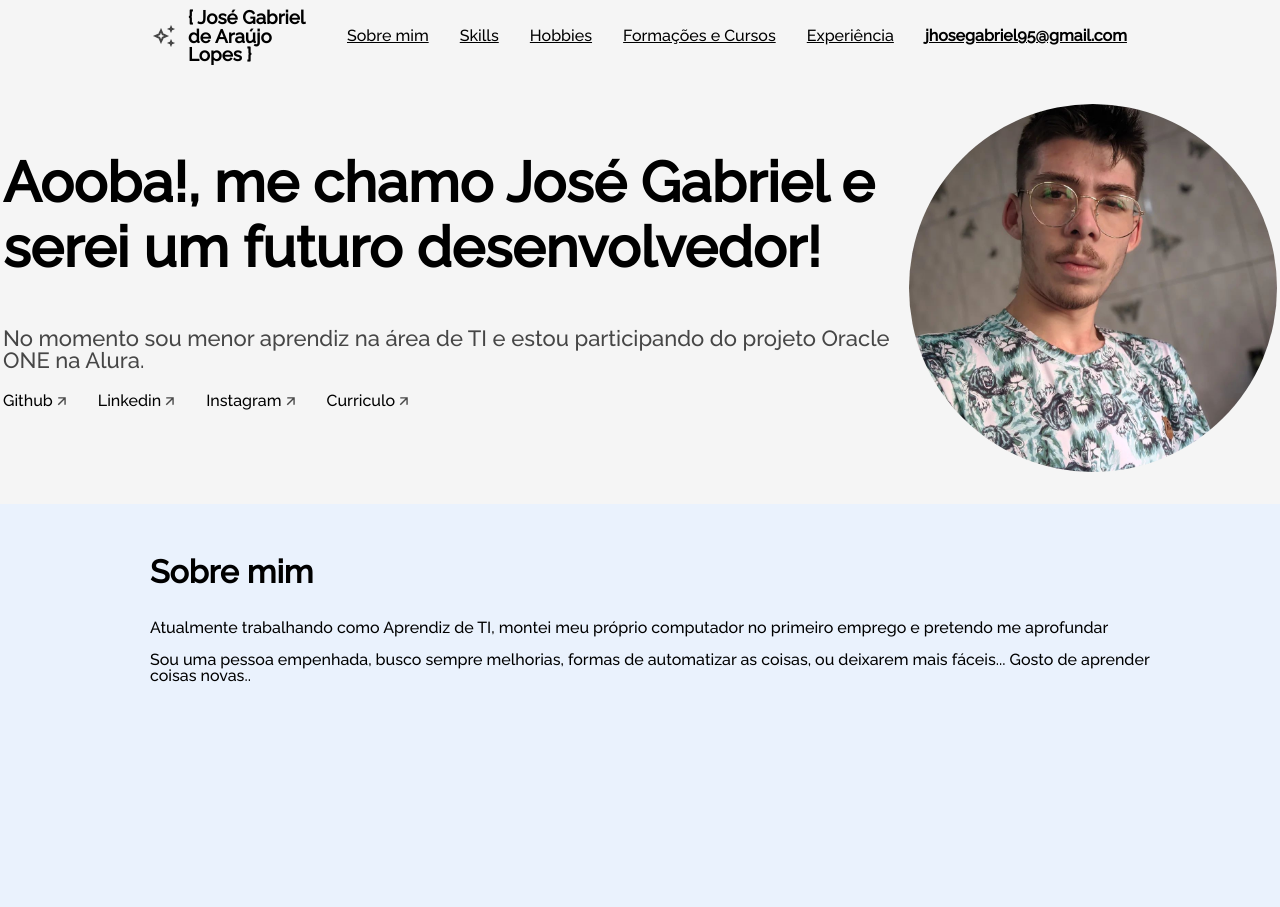
Repository: GabbLps/Portfolio
Page: index.html
These files come from the project's save history. The page is drawn as it stood at one moment and after the next save; the edit follows.
The browser window is 1280 px wide. The pictures show the whole page.

Above is the page before, as saved 2022-06-23 02:31:27.

After the next save:
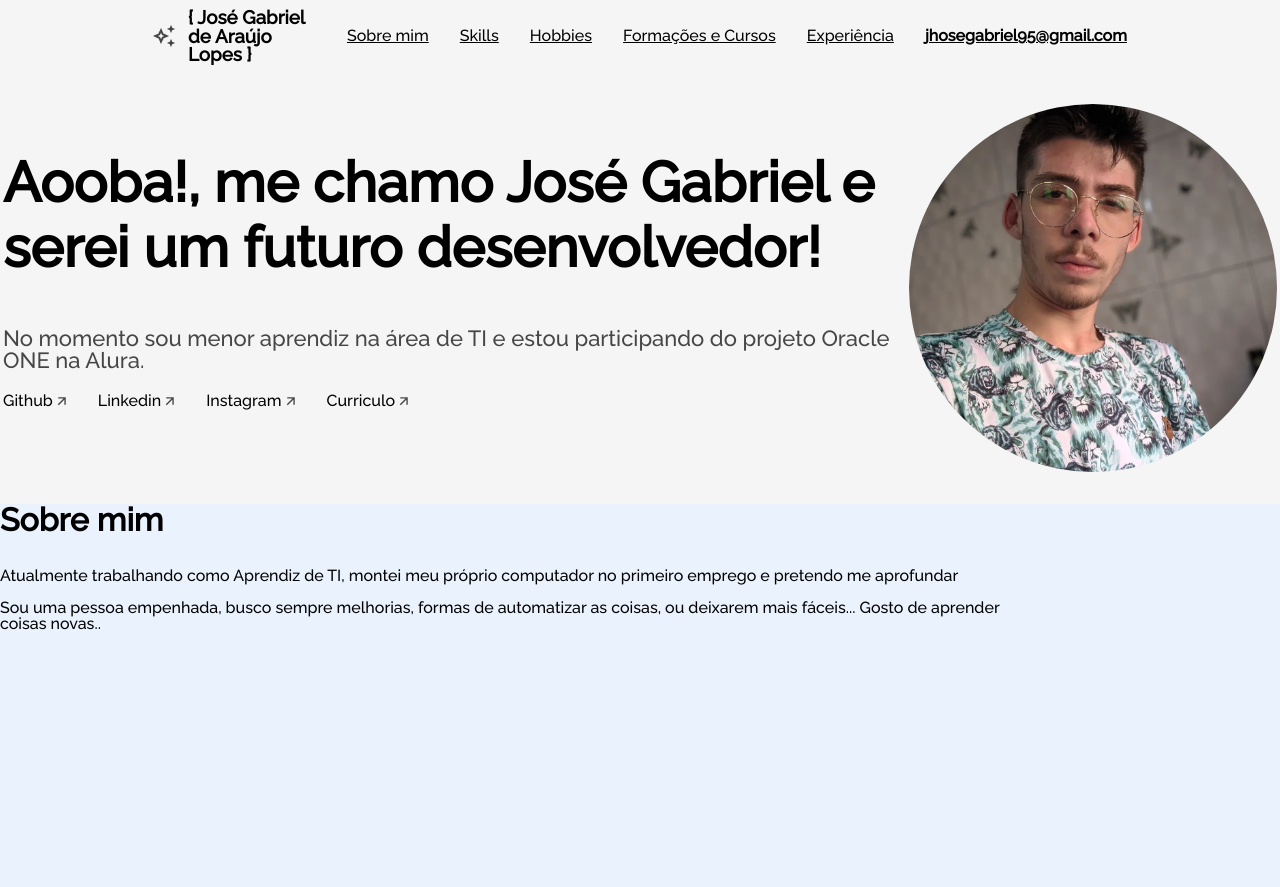
Saved 4 s later.
--- a/style.css
+++ b/style.css
@@ -118,8 +118,6 @@
     width: auto;
     height: 383px;
     background-color: #EAF2FD;
-    padding-top: 20px;
-    padding-left: 150px;
     padding: auto;
 }
 
